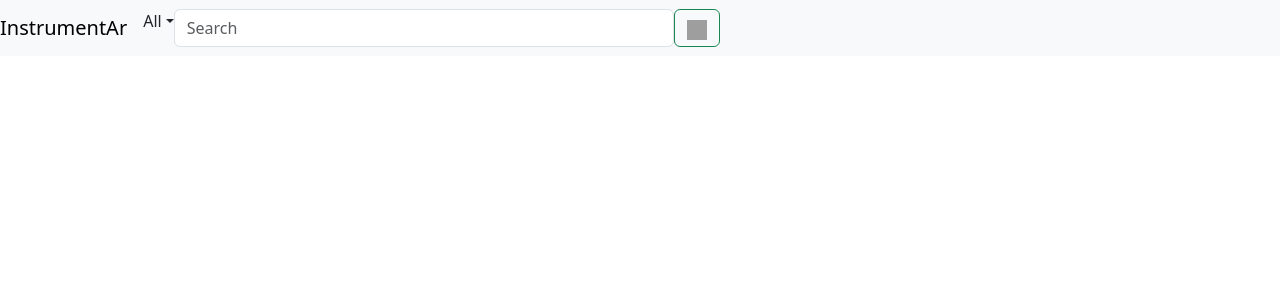
Repository: Meinuel/InstrumentAr
Page: /
The author's editor kept a copy of each file at every save. The page is drawn from the files as they stood at one save, then again after the next save.
The browser window is 1280 px wide. The pictures show the whole page.
Pictures or frames that could not be fetched are drawn as grey boxes. The project was rebuilt for these pictures with package versions that can differ from the ones it lists, and the page was loaded fresh each time.

Above is the page before, as saved 2021-09-13 21:09:17.

After the next save:
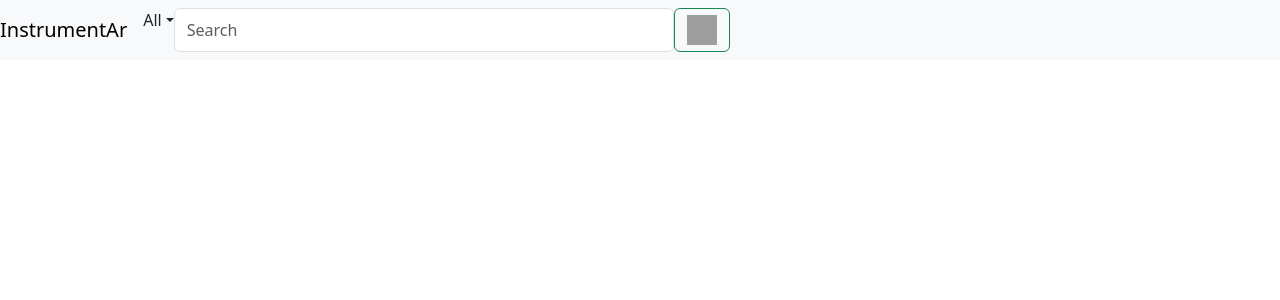
Saved 59 s later.
--- a/src/components/NavBar/NavBar.css
+++ b/src/components/NavBar/NavBar.css
@@ -3,6 +3,6 @@
 }
 
 .imgLupa {
-    width: 20px;
-    height: 20px;
+    width: 30px;
+    height: 30px;
 }
